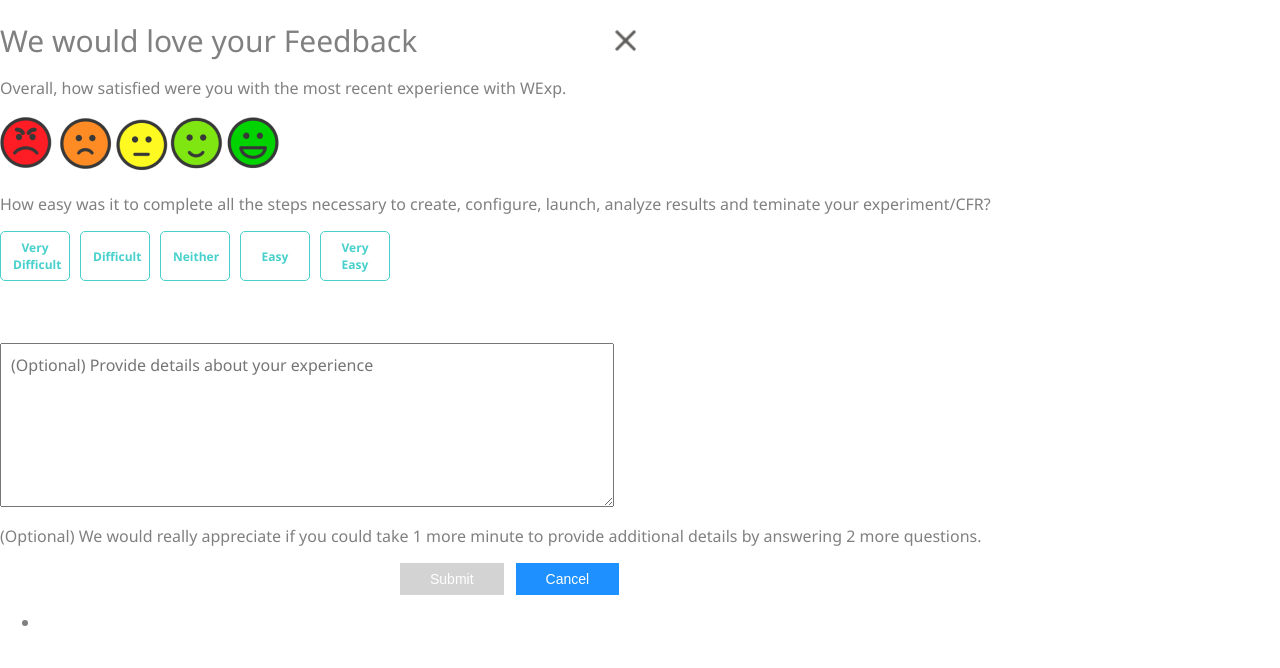
Repository: msfinnan/react-mobx-feedback-form
Page: /
These files come from the project's save history. The page is drawn as it stood at one moment and after the next save; the edit follows.
The browser window is 1280 px wide. The pictures show the whole page.
The project was rebuilt for these pictures with package versions that can differ from the ones it lists, and the page was loaded fresh each time.

Above is the page before, as saved 2019-08-26 16:03:15.

After the next save:
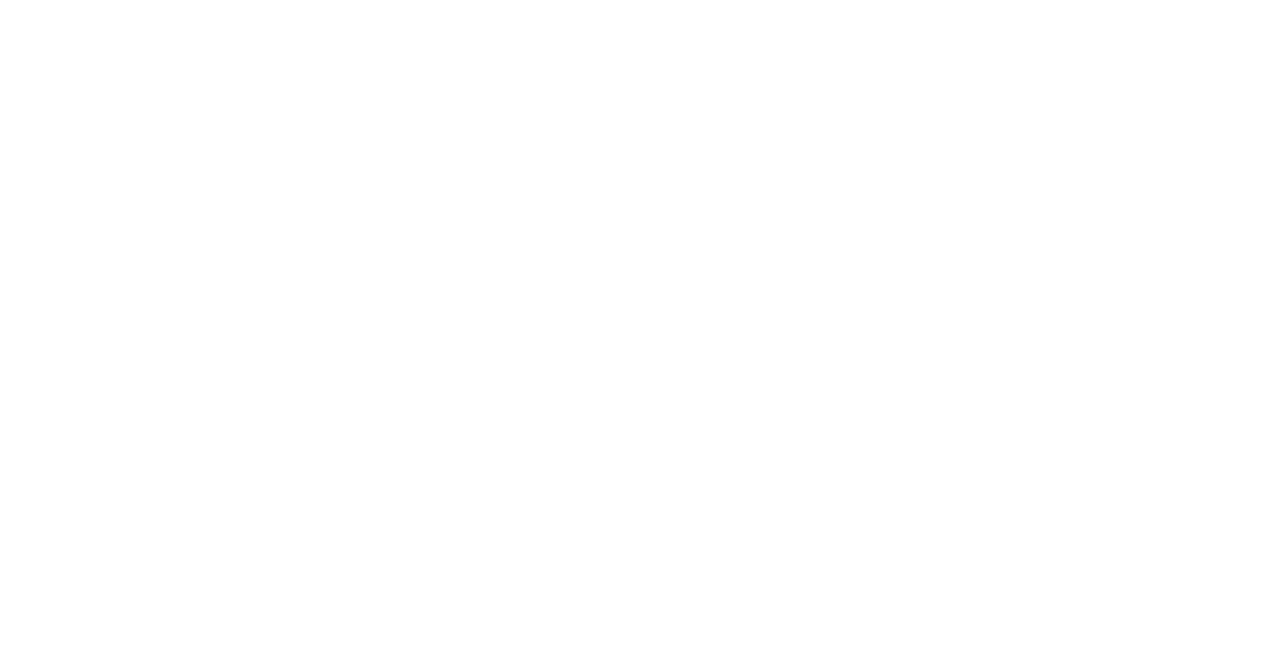
Console error (its wording comes from the project's code and is left out).
Saved 3 min 4 s later.
--- a/src/App.tsx
+++ b/src/App.tsx
@@ -11,11 +11,12 @@
 // import closeButton from ;
 
 class App extends React.Component<{}, {}> {
+  private feedbackText: string;
 
   // const closeButton = require('./images/close_button.PNG');
 
   private handleSubmitEvent = (event: React.FormEvent<HTMLFormElement>): void => {
-
+    this.feedbackText = (event.target as any).bodyTextInput.value;
   }
 
   render() {
@@ -28,18 +29,18 @@
           <img className="close-button" src={require('./images/close_button.PNG')} alt="close button" />
         </div>
 
-        <form onSubmit={this.handleSubmitEvent}>
+        <form onSubmit={event => this.handleSubmitEvent(event)}>
           <BodyText text="Overall, how satisfied were you with the most recent experience with WExp." />
           <EmojiCollection />
           <BodyText text="How easy was it to complete all the steps necessary to create, configure, launch, analyze results and teminate your experiment/CFR?" />
           <DifficultyButtonCollection />
           <CommentBox text="(Optional) Provide details about your experience" commentBoxClassName="experince-details-textbox" />
-          <BodyText text="(Optional) We would really appreciate if you could take 1 more minute to provide additional details by answering 2 more questions." />
+          <input name="bodyTextInput"><BodyText text="(Optional) We would really appreciate if you could take 1 more minute to provide additional details by answering 2 more questions." /></input>
           <SubmissionButtonCollection />
         </form>
 
         <ul>
-          <li></li>
+          <li>this.feedbackText</li>
         </ul>
 
 

After the save that followed:
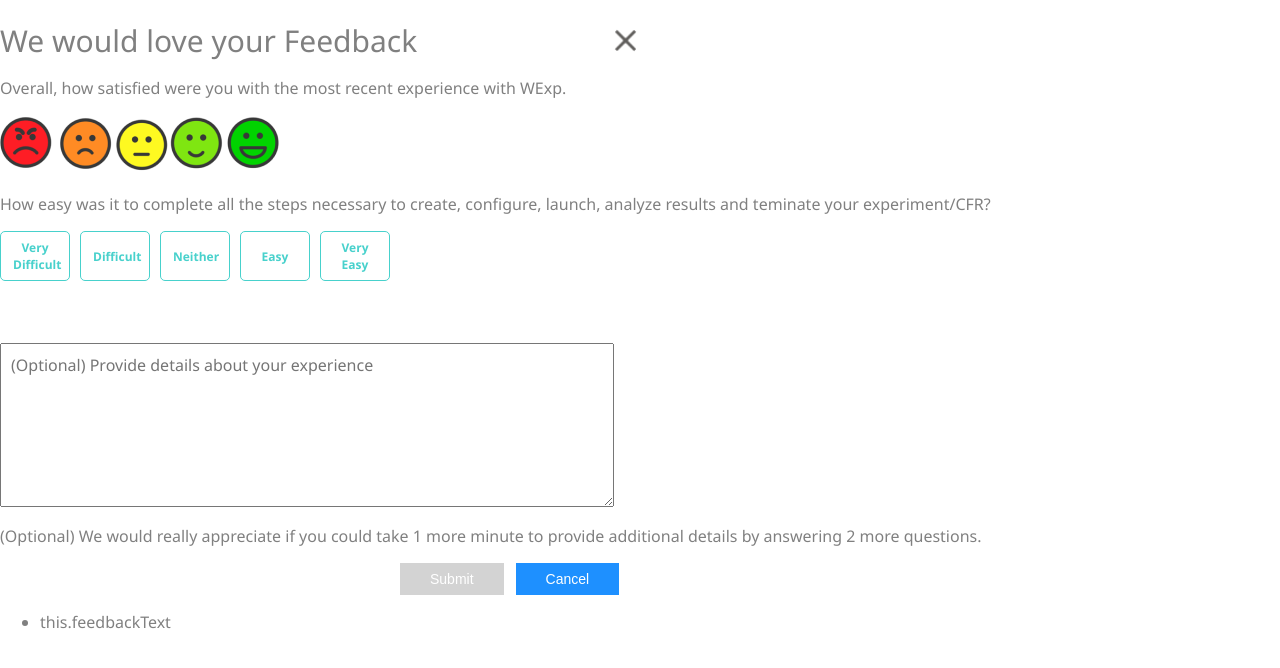
The error is gone.
Saved 47 s later.
--- a/src/App.tsx
+++ b/src/App.tsx
@@ -35,7 +35,7 @@
           <BodyText text="How easy was it to complete all the steps necessary to create, configure, launch, analyze results and teminate your experiment/CFR?" />
           <DifficultyButtonCollection />
           <CommentBox text="(Optional) Provide details about your experience" commentBoxClassName="experince-details-textbox" />
-          <input name="bodyTextInput"><BodyText text="(Optional) We would really appreciate if you could take 1 more minute to provide additional details by answering 2 more questions." /></input>
+          <BodyText text="(Optional) We would really appreciate if you could take 1 more minute to provide additional details by answering 2 more questions." />
           <SubmissionButtonCollection />
         </form>
 
